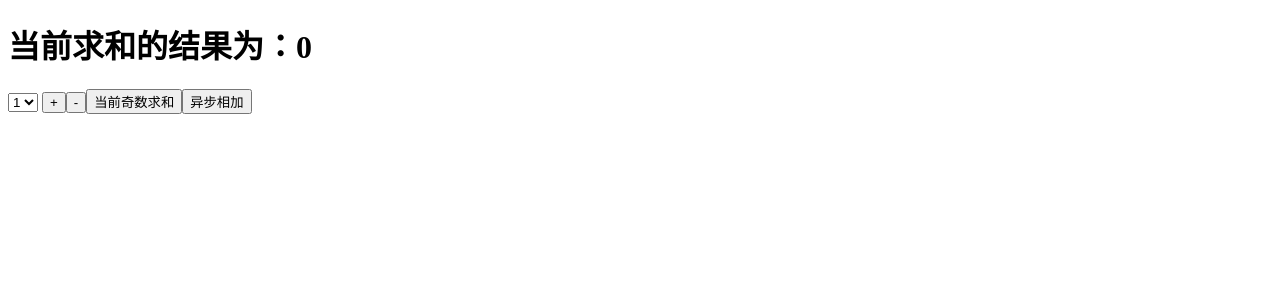
Repository: wanwan-520/myProject_1
Page: /
An editor plug-in stored every save of this project. The page is shown before and after a run of saves, followed by the edit.
The browser window is 1280 px wide. The pictures show the whole page.
The project was rebuilt for these pictures with package versions that can differ from the ones it lists, and the page was loaded fresh each time.

Above is the page before, as saved 2022-03-25 20:43:28.

### public/index.html
<!DOCTYPE html>
<html lang="en">
<head>
    <meta charset="UTF-8">
    <meta http-equiv="X-UA-Compatible" content="IE=edge">
    <meta name="viewport" content="width=\, initial-scale=1.0">
    <title>Document</title>
</head>
<body>
    <div id="root"></div>
</body>
</html>

### src/index.js
import React from "react";
import ReactDOM from "react-dom";
import App from './App'

//将组件渲染到页面中
ReactDOM.render(<App/>,document.getElementById('root'))

### src/App.jsx
import React, { Component } from 'react'
import Count  from './Components/Count'

export default class App extends Component {
  render() {
    return (
      <div>
          <Count/>
      </div>
    )
  }
}

### src/Components/Count/index.jsx
import React, { Component } from 'react'

export default class Count extends Component {
  render() {
    return (
      <div>
         <h1>当前求和的结果为：0</h1>
         <select ref={c=>this.selectNumber = c}>
              <option value="1">1</option>
              <option value="2">2</option>
              <option value="3">3</option>
         </select>&nbsp;
         <button>+</button>
         <button>-</button>
         <button>当前奇数求和</button>
         <button>异步相加</button>

      </div>
    )
  }
}

After the next 4 saves:
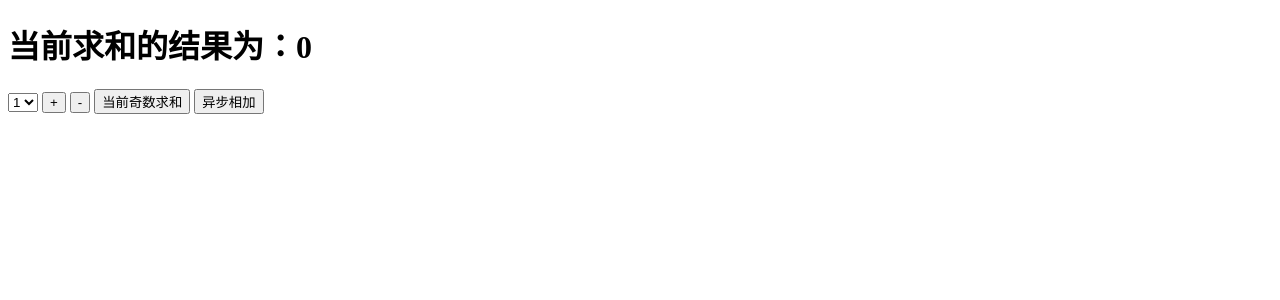
The 4 saves are shown as one change because they came seconds apart.
The last was saved 8 s later.
--- a/src/Components/Count/index.jsx
+++ b/src/Components/Count/index.jsx
@@ -10,10 +10,10 @@
               <option value="2">2</option>
               <option value="3">3</option>
          </select>&nbsp;
-         <button>+</button>
-         <button>-</button>
-         <button>当前奇数求和</button>
-         <button>异步相加</button>
+         <button>+</button>&nbsp;
+         <button>-</button>&nbsp;
+         <button>当前奇数求和</button>&nbsp;
+         <button>异步相加</button>&nbsp;
 
       </div>
     )
